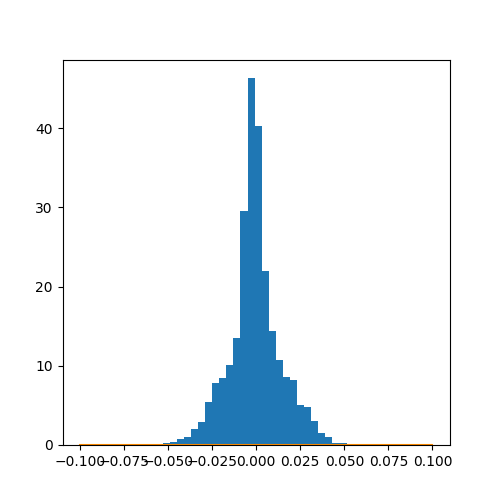
Repository: nishimuraHikar/PythonShowGraph
Script's output: python main.py
An editor plug-in stored every save of this project. The script's output is shown before and after the next save, followed by the edit.
Random numbers start from a fixed seed.

Above is the script's output before, as saved 2022-03-03 02:13:37.

After the next save:
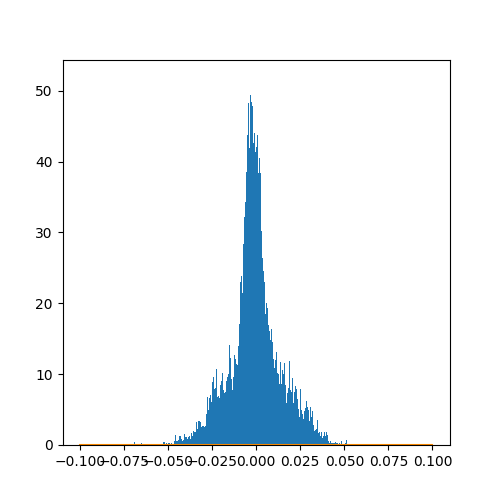
Saved 15 s later.
--- a/main.py
+++ b/main.py
@@ -13,4 +13,4 @@ predictdatay = graph.ReadColumn(datafile, 4)
 # graph.graph_1data(timedata, rawdata, "Raw Data")
 # graph.graph_2data(timedata, rawdata, predictdata, "Raw Data", "Predict Data")
 # graph.multiplot_2and1(timedata, forcedatax, predictdatax, forcedatay,predictdatay, "Actual X", "Predict X", "Actual Y", "Predict Y")
-graph.histgram(forcedatax-predictdatax, 30, 10)
+graph.histgram(forcedatax-predictdatax, 800, 10)
